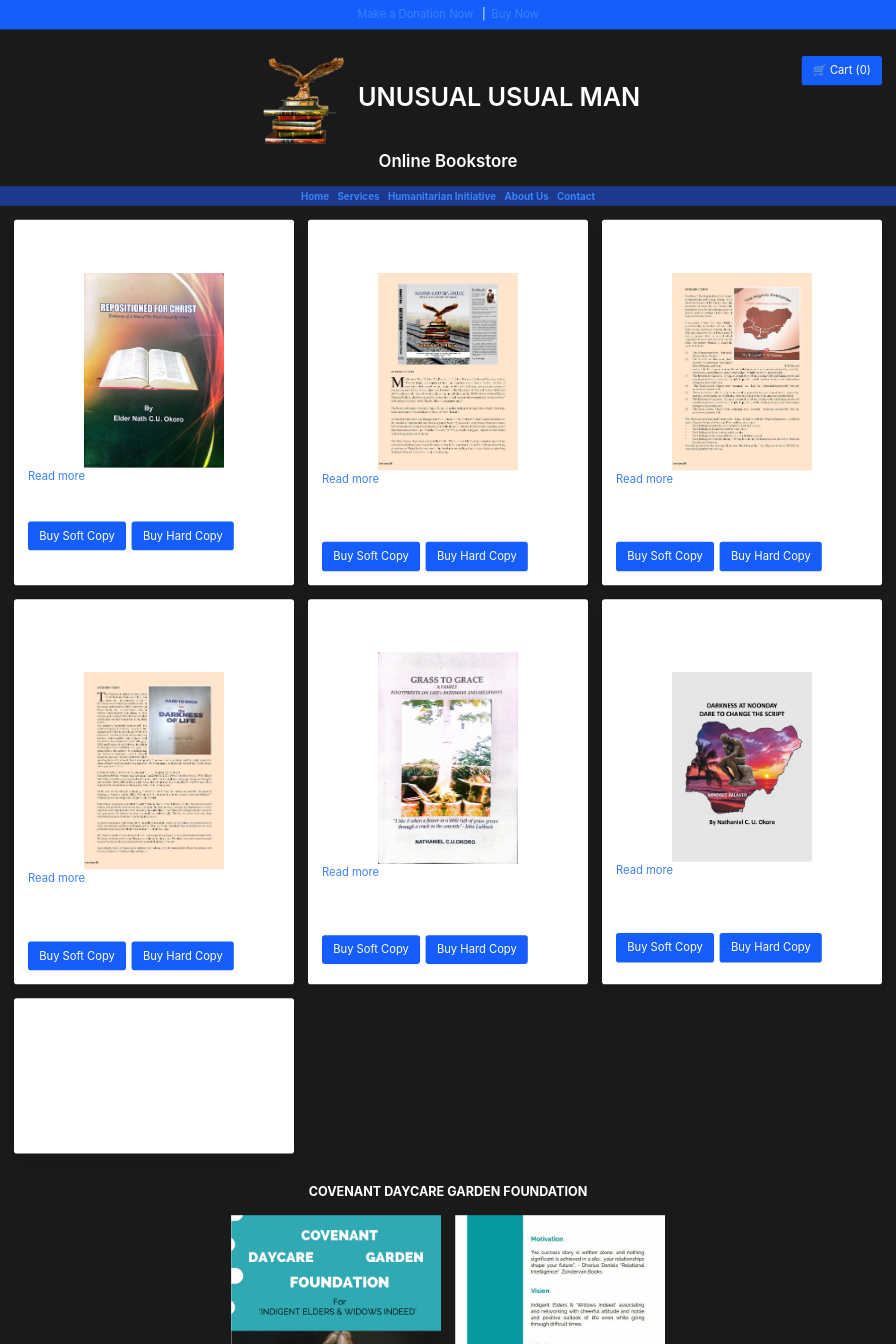
Repository: Rickyy1017/online-bookstore
Page: / (app in frontend/)
The author's editor kept a copy of each file at every save. The page is drawn from the files as they stood at one save, then again after the next save.
The browser window is 1280 px wide. The pictures show the part of the page from y = 0 to 1920 px (the page is 2831 px tall before and 2891 px after), at 70% of full size.
The project was rebuilt for these pictures with package versions that can differ from the ones it lists, and the page was loaded fresh each time. The framework's server and built-in components were replaced by stand-ins that run in the browser. Also part of the build but not shown: frontend/next.config.ts.

Above is the page before, as saved 2025-10-09 23:01:05.

### frontend/app/page.tsx
"use client";

import { useState } from 'react';
import Image from 'next/image';
import Link from 'next/link';

type CartItem = {
  title: string;
  price: number;
  type: string;
};

export default function Page() {
  const [cart, setCart] = useState<CartItem[]>([]);
  const [isModalOpen, setIsModalOpen] = useState(false);
  const [isBannerVisible, setIsBannerVisible] = useState(true);

  const addToCart = (title: string, price: number, type: string) => {
    setCart(prev => [...prev, { title, price, type }]);
  };

  const viewCart = () => {
    setIsModalOpen(true);
  };

  const closeCart = () => {
    setIsModalOpen(false);
  };

  const checkout = () => {
    alert('Checkout functionality not implemented yet.');
  };

  const totalPrice = cart.reduce((sum, item) => sum + item.price, 0);

  return (
    <>
      <div className={`bg-blue-600 text-white text-center py-2 ${isBannerVisible ? 'block' : 'hidden'}`}>
        <Link href="/donate" className="text-white hover:underline mx-2">Make a Donation Now</Link> |
        <Link href="/buy" className="text-white hover:underline mx-2">Buy Now</Link>
      </div>

      <header className="text-center py-5">
        <h1 className="text-4xl text-gray-800 flex justify-center items-center">
          <Image src="/images/logo.png" alt="Logo" width={130} height={160} className="mr-4" />
          UNUSUAL USUAL MAN
        </h1>
        <h3 className="text-2xl text-gray-700">Online Bookstore</h3>
      </header>

      <nav className="bg-blue-900 flex justify-center py-1">
        <Link href="/" className="text-white mx-1.5 no-underline font-bold text-sm hover:underline">Home</Link>
        <Link href="/services" className="text-white mx-1.5 no-underline font-bold text-sm hover:underline">Services</Link>
        <Link href="/humanitarian-initiative" className="text-white mx-1.5 no-underline font-bold text-sm hover:underline">Humanitarian Initiative</Link>
        <Link href="/about" className="text-white mx-1.5 no-underline font-bold text-sm hover:underline">About Us</Link>
        <Link href="/contact" className="text-white mx-1.5 no-underline font-bold text-sm hover:underline">Contact</Link>
      </nav>

      <button onClick={viewCart} className="fixed top-20 right-5 bg-blue-600 text-white px-4 py-2 rounded hover:bg-blue-700">
        🛒 Cart ({cart.length})
      </button>

      <section className="grid grid-cols-1 md:grid-cols-2 lg:grid-cols-3 gap-5 p-5">
        <div className="bg-white shadow-lg rounded p-5">
          <h2 className="text-xl font-bold">Book 1</h2>
          <h3 className="text-lg">REPOSITION OF CHRIST</h3>
          <Image src="/images/rep.jpg" alt="REPOSITION OF CHRIST" width={200} height={300} className="mx-auto" />
          <Link href="/reposition" className="text-blue-600 hover:underline">Read more</Link>
          <p><b>Author:</b> Nathaneil C.U.Okoro</p>
          <p>Price: ₦1000 (Soft Copy) | ₦1700 (Hard Copy)</p>
          <button onClick={() => addToCart('REPOSITION OF CHRIST', 1000, 'Soft Copy')} className="bg-blue-600 text-white px-4 py-2 rounded mr-2 hover:bg-blue-700">Buy Soft Copy</button>
          <button onClick={() => addToCart('REPOSITION OF CHRIST', 1700, 'Hard Copy')} className="bg-blue-600 text-white px-4 py-2 rounded hover:bg-blue-700">Buy Hard Copy</button>
        </div>

        <div className="bg-white shadow-lg rounded p-5">
          <h2 className="text-xl font-bold">Book 2</h2>
          <h3 className="text-lg">DARE TO LIVE MY PASSION</h3>
          <Image src="/images/mypass.jpg" alt="DARE TO LIVE MY PASSION" width={200} height={300} className="mx-auto" />
          <Link href="/dare-to-live-my-passion" className="text-blue-600 hover:underline">Read more</Link>
          <p><b>Author:</b> Nathaneil C.U.Okoro</p>
          <p>Price: ₦8,500 (Soft Copy) | ₦22,000 (Hard Copy)</p>
          <button onClick={() => addToCart('DARE TO LIVE MY PASSION', 8500, 'Soft Copy')} className="bg-blue-600 text-white px-4 py-2 rounded mr-2 hover:bg-blue-700">Buy Soft Copy</button>
          <button onClick={() => addToCart('DARE TO LIVE MY PASSION', 22000, 'Hard Copy')} className="bg-blue-600 text-white px-4 py-2 rounded hover:bg-blue-700">Buy Hard Copy</button>
        </div>

        <div className="bg-white shadow-lg rounded p-5">
          <h2 className="text-xl font-bold">Book 3</h2>
          <h3 className="text-lg">NIGERIA ENTERPRISE</h3>
          <Image src="/images/nige.jpg" alt="NIGERIA ENTERPRISE" width={200} height={300} className="mx-auto" />
          <Link href="/nigeria-enterprise" className="text-blue-600 hover:underline">Read more</Link>
          <p><b>Author:</b> Nathaneil C.U.Okoro</p>
          <p>Price: ₦4,000 (Soft Copy) | ₦6,000 (Hard Copy)</p>
          <button onClick={() => addToCart('NIGERIA ENTERPRISE', 4000, 'Soft Copy')} className="bg-blue-600 text-white px-4 py-2 rounded mr-2 hover:bg-blue-700">Buy Soft Copy</button>
          <button onClick={() => addToCart('NIGERIA ENTERPRISE', 6000, 'Hard Copy')} className="bg-blue-600 text-white px-4 py-2 rounded hover:bg-blue-700">Buy Hard Copy</button>
        </div>

        <div className="bg-white shadow-lg rounded p-5">
          <h2 className="text-xl font-bold">Book 4</h2>
          <h3 className="text-lg">DARE TO SMILE <br /> IN THE DARKNESS OF LIFE</h3>
          <Image src="/images/dare.jpg" alt="DARE TO SMILE IN THE DARKNESS OF LIFE" width={200} height={300} className="mx-auto" />
          <Link href="/dare-to-smile" className="text-blue-600 hover:underline">Read more</Link>
          <p><b>Author:</b> Nathaneil C.U.Okoro</p>
          <p>Price: ₦3,000 (Soft Copy) | ₦5,000 (Hard Copy)</p>
          <button onClick={() => addToCart('DARE TO SMILE IN THE DARKNESS OF LIFE', 3000, 'Soft Copy')} className="bg-blue-600 text-white px-4 py-2 rounded mr-2 hover:bg-blue-700">Buy Soft Copy</button>
          <button onClick={() => addToCart('DARE TO SMILE IN THE DARKNESS OF LIFE', 5000, 'Hard Copy')} className="bg-blue-600 text-white px-4 py-2 rounded hover:bg-blue-700">Buy Hard Copy</button>
        </div>

        <div className="bg-white shadow-lg rounded p-5">
          <h2 className="text-xl font-bold">Book 5</h2>
          <h3 className="text-lg">GRASS TO GRACE</h3>
          <Image src="/images/grasee (1).jpg" alt="GRASS TO GRACE" width={200} height={300} className="mx-auto" />
          <Link href="/grass-to-grace" className="text-blue-600 hover:underline">Read more</Link>
          <p><b>Author:</b> Nathaneil C.U.Okoro</p>
          <p>Price: ₦7,000 (Soft Copy) | ₦16,000 (Hard Copy)</p>
          <button onClick={() => addToCart('GRASS TO GRACE', 7000, 'Soft Copy')} className="bg-blue-600 text-white px-4 py-2 rounded mr-2 hover:bg-blue-700">Buy Soft Copy</button>
          <button onClick={() => addToCart('GRASS TO GRACE', 16000, 'Hard Copy')} className="bg-blue-600 text-white px-4 py-2 rounded hover:bg-blue-700">Buy Hard Copy</button>
        </div>

        <div className="bg-white shadow-lg rounded p-5">
          <h2 className="text-xl font-bold">Book 6</h2>
          <h3 className="text-lg">DARKNESS AT NOONDAY <br /> DARE TO CHANGE THE SCRIPT</h3>
          <Image src="/images/dark.png" alt="DARKNESS AT NOONDAY DARE TO CHANGE THE SCRIPT" width={200} height={300} className="mx-auto" />
          <Link href="/darkness-at-noonday" className="text-blue-600 hover:underline">Read more</Link>
          <p><b>Author:</b> Nathaneil C.U.Okoro</p>
          <p>Price: ₦10,000 (Soft Copy) | ₦18,000 (Hard Copy)</p>
          <button onClick={() => addToCart('DARKNESS AT NOONDAY DARE TO CHANGE THE SCRIPT', 10000, 'Soft Copy')} className="bg-blue-600 text-white px-4 py-2 rounded mr-2 hover:bg-blue-700">Buy Soft Copy</button>
          <button onClick={() => addToCart('DARKNESS AT NOONDAY DARE TO CHANGE THE SCRIPT', 18000, 'Hard Copy')} className="bg-blue-600 text-white px-4 py-2 rounded hover:bg-blue-700">Buy Hard Copy</button>
        </div>

        <div className="bg-white shadow-lg rounded p-5">
          <h2 className="text-xl font-bold">On coming Books</h2>
          <ul className="list-disc list-inside">
            <li>EDGU KINGDOM IN HISTORY</li>
            <li>UNUSUAL USUAL MAN.</li>
            <li>THE NIGERIA RAINWAY SYSTEM JUNK & JEWEL.</li>
            <li>NIGERIA INSTITUTE OF TRANSPORT TECHOLOGY ZARIA IN HISTORY.</li>
          </ul>
        </div>
      </section>

      <p className="text-center text-lg font-bold my-5">COVENANT DAYCARE GARDEN FOUNDATION</p>
      <div className="flex justify-center gap-5 mb-5">
        <Image src="/images/daycare1.png" alt="Daycare 1" width={300} height={200} />
        <Image src="/images/daycare2.jpg" alt="Daycare 2" width={300} height={200} />
      </div>

      {isModalOpen && (
        <div className="fixed inset-0 bg-black bg-opacity-50 flex justify-center items-center">
          <div className="bg-white p-5 rounded shadow-lg max-w-md w-full">
            <span onClick={closeCart} className="cursor-pointer text-2xl">&times;</span>
            <h2 className="text-xl font-bold mb-4">Your Cart</h2>
            <ul className="mb-4">
              {cart.map((item, index) => (
                <li key={index}>{item.title} - {item.type} - ₦{item.price}</li>
              ))}
            </ul>
            <p>Total: ₦{totalPrice}</p>
            <button onClick={checkout} className="bg-blue-600 text-white px-4 py-2 rounded hover:bg-blue-700">Checkout</button>
          </div>
        </div>
      )}

      <footer className="bg-blue-800 text-white text-center py-4 mt-8">
        <p>© 2025 Covenant Books & Consulting. All Rights Reserved.</p>
        <p className="mb-4">Empowering lives through literature, community support, and global business expertise.</p>
        <nav className="mb-4">
          <Link href="/about" className="text-white hover:underline mx-1">About Us</Link> |
          <Link href="/services" className="text-white hover:underline mx-1">Services</Link> |
          <Link href="/contact" className="text-white hover:underline mx-1">Contact Us</Link>
        </nav>
        <div className="mb-4">
          <a href="#" className="text-blue-300 mx-1 no-underline">Facebook</a> •
          <a href="#" className="text-blue-300 mx-1 no-underline">Twitter</a> •
          <a href="#" className="text-blue-300 mx-1 no-underline">LinkedIn</a>
        </div>
        <p>Covenant Daycare Garden Foundation is a proud initiative dedicated to supporting elders and widows in need.</p>
      </footer>
    </>
  );
}

### frontend/app/globals.css
@import "tailwindcss";
@import url('https://fonts.googleapis.com/css2?family=Inter:wght@300;400;500;600;700&display=swap');

:root {
  --background: #1a1a1a;
  --foreground: #ffffff;
  --accent: #3b82f6;
  --accent-hover: #2563eb;
}

@theme inline {
  --color-background: var(--background);
  --color-foreground: var(--foreground);
  --font-sans: 'Inter', sans-serif;
  --font-mono: var(--font-geist-mono);
}

body {
  background: var(--background);
  color: var(--foreground);
  font-family: 'Inter', sans-serif;
  line-height: 1.6;
}

h1, h2, h3, h4, h5, h6 {
  font-weight: 600;
  color: var(--foreground);
}

a {
  color: var(--accent);
  transition: color 0.2s ease;
}

a:hover {
  color: var(--accent-hover);
}

button {
  transition: all 0.2s ease;
}

Loaded but not shown: frontend/app/layout.tsx (common file)

After the next save:
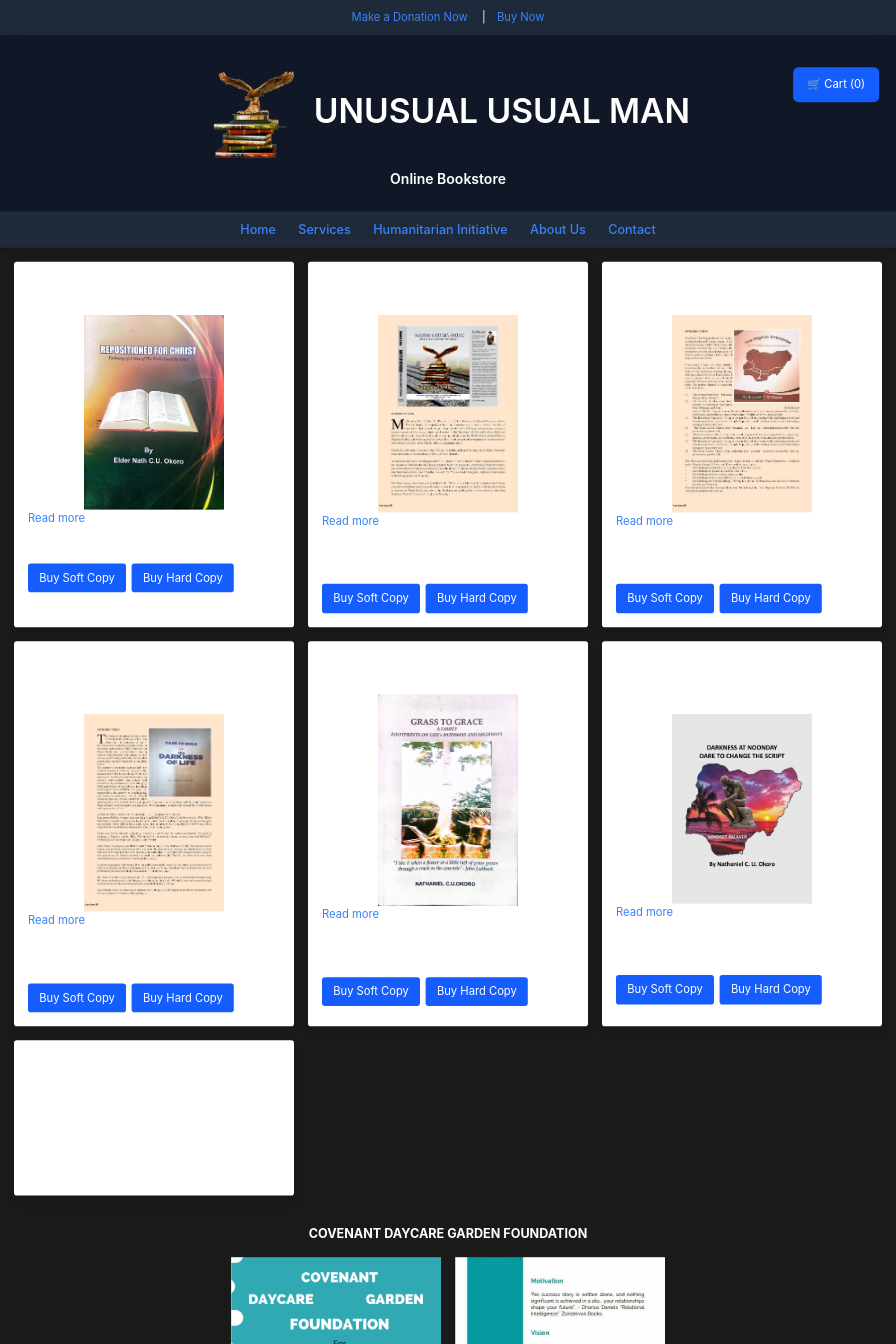
Saved 14 s later.
--- a/frontend/app/page.tsx
+++ b/frontend/app/page.tsx
@@ -35,28 +35,32 @@ export default function Page() {
 
   return (
     <>
-      <div className={`bg-blue-600 text-white text-center py-2 ${isBannerVisible ? 'block' : 'hidden'}`}>
-        <Link href="/donate" className="text-white hover:underline mx-2">Make a Donation Now</Link> |
-        <Link href="/buy" className="text-white hover:underline mx-2">Buy Now</Link>
+      <div className={`bg-gray-800 text-white text-center py-3 ${isBannerVisible ? 'block' : 'hidden'}`}>
+        <Link href="/donate" className="text-white hover:text-blue-300 mx-4 transition-colors">Make a Donation Now</Link> |
+        <Link href="/buy" className="text-white hover:text-blue-300 mx-4 transition-colors">Buy Now</Link>
       </div>
 
-      <header className="text-center py-5">
-        <h1 className="text-4xl text-gray-800 flex justify-center items-center">
-          <Image src="/images/logo.png" alt="Logo" width={130} height={160} className="mr-4" />
-          UNUSUAL USUAL MAN
-        </h1>
-        <h3 className="text-2xl text-gray-700">Online Bookstore</h3>
+      <header className="bg-gray-900 text-center py-8 shadow-lg">
+        <div className="container mx-auto px-4">
+          <h1 className="text-5xl font-bold text-white flex justify-center items-center mb-2">
+            <Image src="/images/logo.png" alt="Logo" width={130} height={160} className="mr-6" />
+            UNUSUAL USUAL MAN
+          </h1>
+          <h3 className="text-xl text-gray-300">Online Bookstore</h3>
+        </div>
       </header>
 
-      <nav className="bg-blue-900 flex justify-center py-1">
-        <Link href="/" className="text-white mx-1.5 no-underline font-bold text-sm hover:underline">Home</Link>
-        <Link href="/services" className="text-white mx-1.5 no-underline font-bold text-sm hover:underline">Services</Link>
-        <Link href="/humanitarian-initiative" className="text-white mx-1.5 no-underline font-bold text-sm hover:underline">Humanitarian Initiative</Link>
-        <Link href="/about" className="text-white mx-1.5 no-underline font-bold text-sm hover:underline">About Us</Link>
-        <Link href="/contact" className="text-white mx-1.5 no-underline font-bold text-sm hover:underline">Contact</Link>
+      <nav className="bg-gray-800 shadow-md">
+        <div className="container mx-auto flex justify-center py-3">
+          <Link href="/" className="text-white mx-4 no-underline font-medium text-lg hover:text-blue-300 transition-colors">Home</Link>
+          <Link href="/services" className="text-white mx-4 no-underline font-medium text-lg hover:text-blue-300 transition-colors">Services</Link>
+          <Link href="/humanitarian-initiative" className="text-white mx-4 no-underline font-medium text-lg hover:text-blue-300 transition-colors">Humanitarian Initiative</Link>
+          <Link href="/about" className="text-white mx-4 no-underline font-medium text-lg hover:text-blue-300 transition-colors">About Us</Link>
+          <Link href="/contact" className="text-white mx-4 no-underline font-medium text-lg hover:text-blue-300 transition-colors">Contact</Link>
+        </div>
       </nav>
 
-      <button onClick={viewCart} className="fixed top-20 right-5 bg-blue-600 text-white px-4 py-2 rounded hover:bg-blue-700">
+      <button onClick={viewCart} className="fixed top-24 right-6 bg-blue-600 text-white px-5 py-3 rounded-lg shadow-lg hover:bg-blue-700 hover:shadow-xl transform hover:scale-105 transition-all z-10">
         🛒 Cart ({cart.length})
       </button>
 
